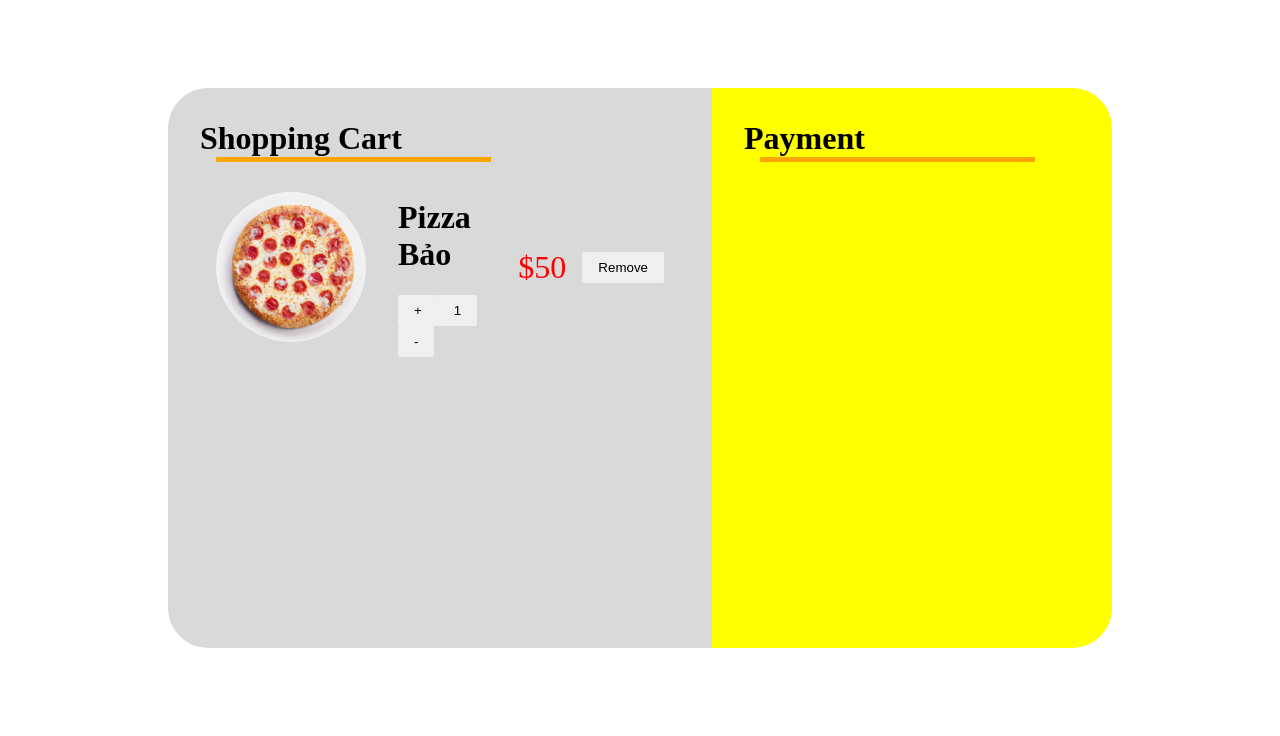
Repository: NDBaoFE/pizza-ordering-hiep
Page: /checkout
These files come from the project's save history. The page is drawn as it stood at one moment and after the next save; the edit follows.
The browser window is 1280 px wide. The pictures show the whole page.
The project was rebuilt for these pictures with package versions that can differ from the ones it lists, and the page was loaded fresh each time.

Above is the page before, as saved 2022-08-27 22:18:13.

### public/index.html
<!DOCTYPE html>
<html lang="en">
  <head>
    <meta charset="utf-8" />
    <link rel="icon" href="%PUBLIC_URL%/avatar.png" />
    <meta name="viewport" content="width=device-width, initial-scale=1" />
    <meta name="theme-color" content="#000000" />
    <link rel="apple-touch-icon" href="%PUBLIC_URL%/avatar.png" />
    <title>Pizza Ordering</title>
  </head>
  <body>
    <noscript>You need to enable JavaScript to run this app.</noscript>
    <div id="root"></div>
  </body>
</html>

### src/App.js
import RouterComponent from './router'

function App() {
  return <>{RouterComponent}</>
}

export default App

### src/router/index.js
import { BrowserRouter, Routes, Route } from 'react-router-dom'
import Checkout from '../pages/Checkout'

const privateRoutes = [{ name: 'checkout', path: '/checkout', element: <Checkout /> }]

const RouterComponent = (
  <BrowserRouter>
    <Routes>
      {privateRoutes.map((route) => (
        <Route key={route.name} path={route.path} element={route.element} />
      ))}
    </Routes>
  </BrowserRouter>
)

export default RouterComponent

### src/pages/Checkout/index.jsx
import React from 'react'
import * as Styled from './Checkout.styled'
import pizza from '../../assets/pizza.jpg'

const Checkout = (props) => {
  return (
    <Styled.Background>
      <Styled.Cart>
        <Styled.Header>Shopping Cart</Styled.Header>
        <Styled.List>
          <Styled.Item>
            <Styled.Image src={pizza} />
            <Styled.Info>
              <h1>Pizza Bảo</h1>
              <div>
                <button>+</button>
                <button>1</button>
                <button>-</button>
              </div>
            </Styled.Info>
            <Styled.Price>$50</Styled.Price>
            <button>Remove</button>
          </Styled.Item>
        </Styled.List>
      </Styled.Cart>
      <Styled.Payment>
        <Styled.Header>Payment</Styled.Header>
      </Styled.Payment>
    </Styled.Background>
  )
}

Checkout.propTypes = {}

export default Checkout

### src/pages/Checkout/Checkout.styled.js
import styled from 'styled-components'

export const Background = styled.div`
  box-sizing: border-box;
  width: 100%;
  height: 100vh;
  padding: 5rem 10rem;
  display: flex;
  overflow-y: hidden;

  & button {
    padding: 0.5rem 1rem;
    border: none;
    cursor: pointer;
    border-radius: 2px;

    &:hover {
      opacity: 0.6;
    }
  }
`
export const Cart = styled.div`
  padding: 2rem;
  display: block;
  background-color: #d9d9d9;
  flex: 1;
  border-top-left-radius: 40px;
  border-bottom-left-radius: 40px;
`
export const Payment = styled.div`
  box-sizing: border-box;
  padding: 2rem;
  min-width: 400px;
  background-color: yellow;
  border-top-right-radius: 40px;
  border-bottom-right-radius: 40px;
`

export const Header = styled.header`
  font-size: 2rem;
  font-weight: 700;

  &::after {
    content: '';
    display: block;
    width: 275px;
    height: 5px;
    background-color: orange;
    margin: 0 1rem;
  }
`

export const List = styled.ul`
  list-style: none;
  padding: 0;
`

export const Item = styled.li`
  display: flex;
  align-items: center;
  margin: 1rem;
`

export const Image = styled.img`
  margin-right: 2rem;
  border-radius: 50%;

  width: 150px;
`
export const Info = styled.div`
  flex: 1;
`
export const Button = styled.button``
export const Price = styled.span`
  margin: 0 1rem;
  font-size: 2rem;
  color: red;
`
export const CloseButton = styled.button`
  margin: 0 1rem;
`

Loaded but not shown: src/index.js (common file)

After the next save:
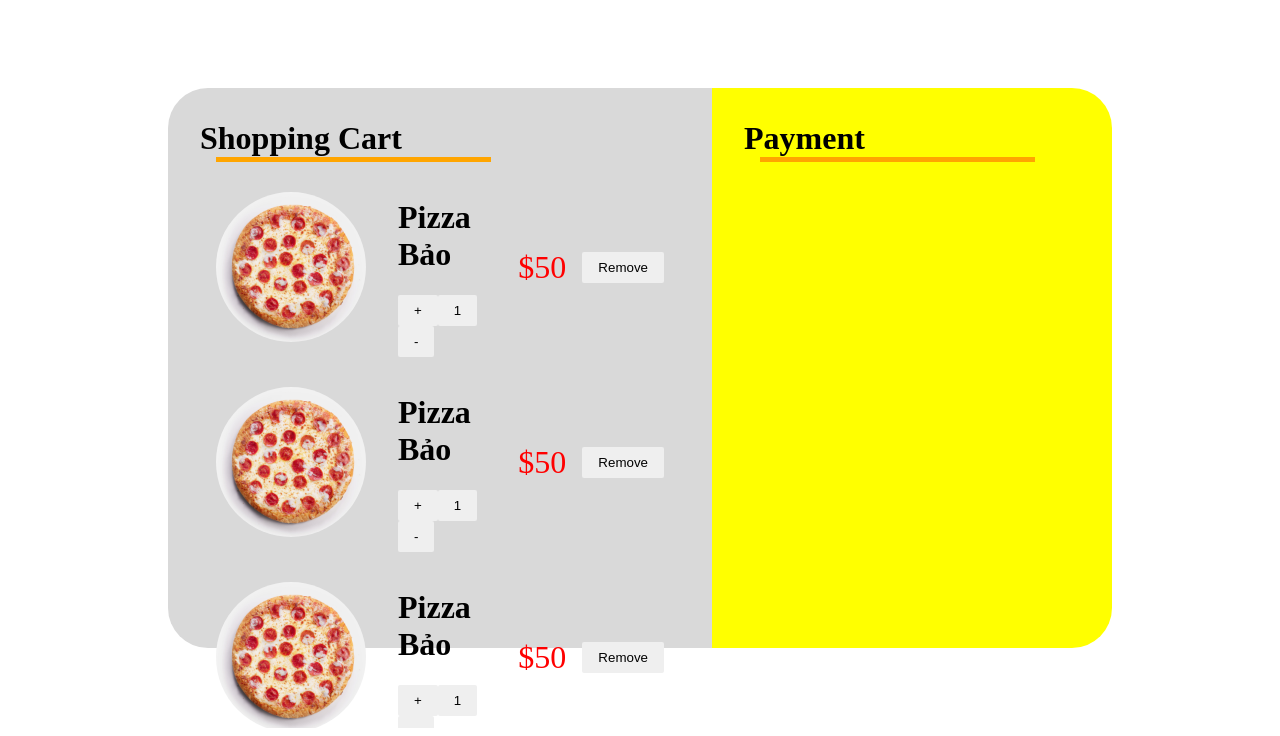
Saved 70 s later.
--- a/src/pages/Checkout/index.jsx
+++ b/src/pages/Checkout/index.jsx
@@ -8,6 +8,32 @@ const Checkout = (props) => {
       <Styled.Cart>
         <Styled.Header>Shopping Cart</Styled.Header>
         <Styled.List>
+          <Styled.Item>
+            <Styled.Image src={pizza} />
+            <Styled.Info>
+              <h1>Pizza Bảo</h1>
+              <div>
+                <button>+</button>
+                <button>1</button>
+                <button>-</button>
+              </div>
+            </Styled.Info>
+            <Styled.Price>$50</Styled.Price>
+            <button>Remove</button>
+          </Styled.Item>
+          <Styled.Item>
+            <Styled.Image src={pizza} />
+            <Styled.Info>
+              <h1>Pizza Bảo</h1>
+              <div>
+                <button>+</button>
+                <button>1</button>
+                <button>-</button>
+              </div>
+            </Styled.Info>
+            <Styled.Price>$50</Styled.Price>
+            <button>Remove</button>
+          </Styled.Item>
           <Styled.Item>
             <Styled.Image src={pizza} />
             <Styled.Info>
